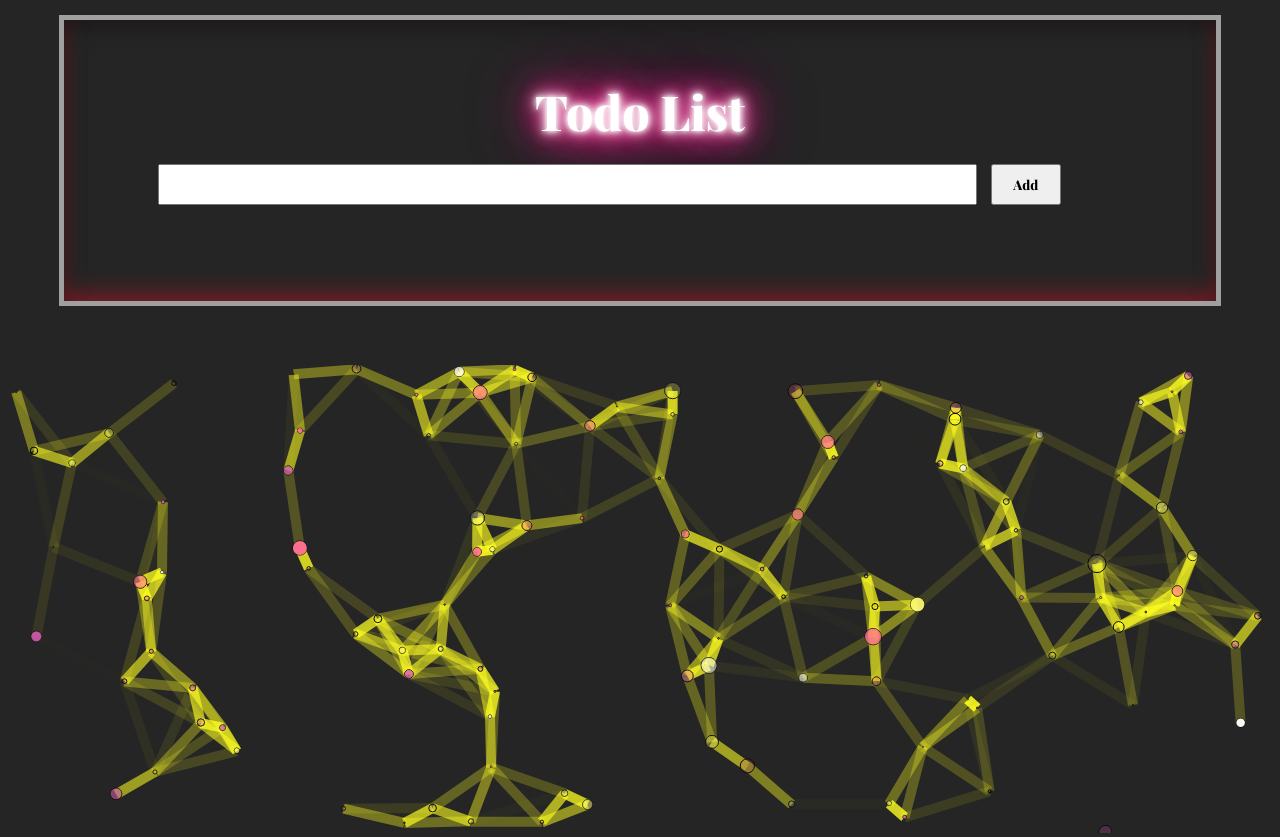
Repository: TENSAEA/----todo
Page: index.html
These files come from the project's save history. The page is drawn as it stood at one moment and after the next save; the edit follows.
The browser window is 1280 px wide. The pictures show the whole page.
Some web fonts or font styles are not loaded; a fallback is used.

Above is the page before, as saved 2023-10-25 14:24:13.

After the next save:
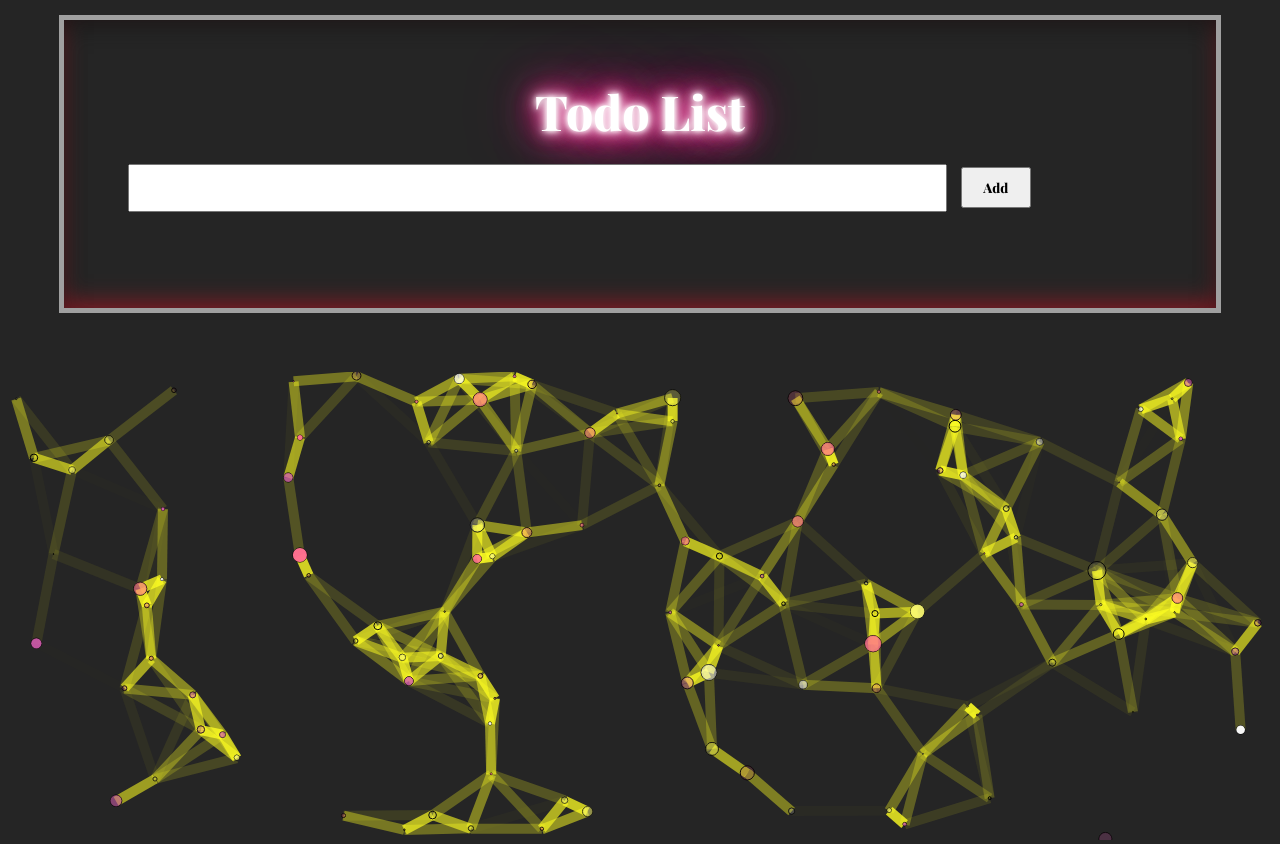
Saved 92 s later.
--- a/style.css
+++ b/style.css
@@ -46,9 +46,8 @@ color: #FFFFFF;
 }
 
 #add{
-    padding: 10px;
+    padding: 1em;
     width:80%;
-    margin-left:30px;
 }
 .form label button{
     padding:10px;
